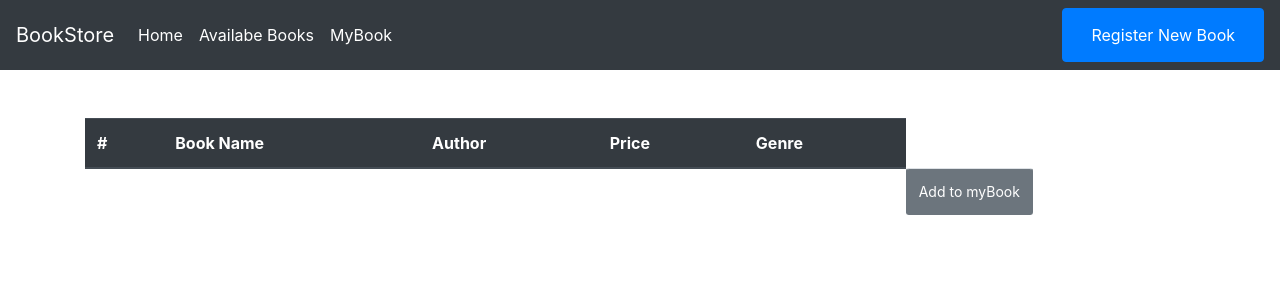
Repository: Sumanta-Sahoo/BookStoreApp
Page: http://localhost/availabeBooks
The author's editor kept a copy of each file at every save. The page is drawn from the files as they stood at one save, then again after the next save.
The browser window is 1280 px wide. The pictures show the whole page.
The page is this project's Thymeleaf template; nobody is signed in. The template is opened directly, without the code that normally fills it, so the values that code supplies are empty.

Above is the page before, as saved 2024-03-18 23:57:36.

After the next save:
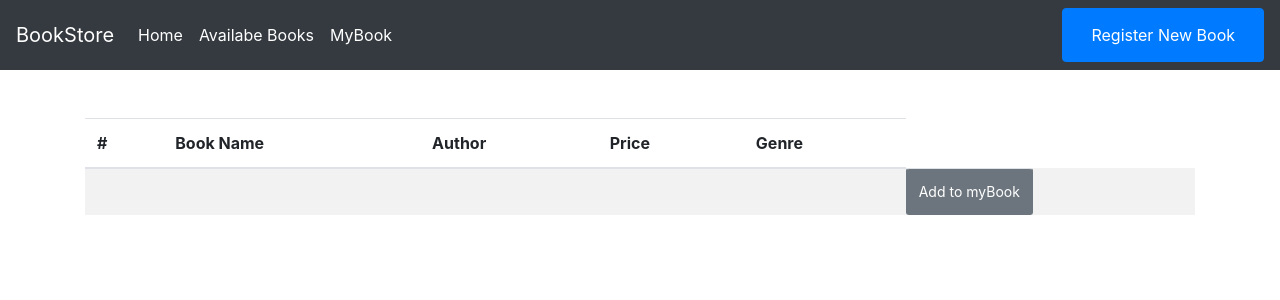
Saved 25 s later.
--- a/bookstore/src/main/resources/templates/availabeBooks.html
+++ b/bookstore/src/main/resources/templates/availabeBooks.html
@@ -43,8 +43,8 @@
 
 
 	<div class="container my-5 md-6">
-		<table class="table">
-			<thead class="thead-dark">
+		<table class="table table-striped">
+			<thead>
 				<tr>
 					<th scope="col">#</th>
 					<th scope="col">Book Name</th>
